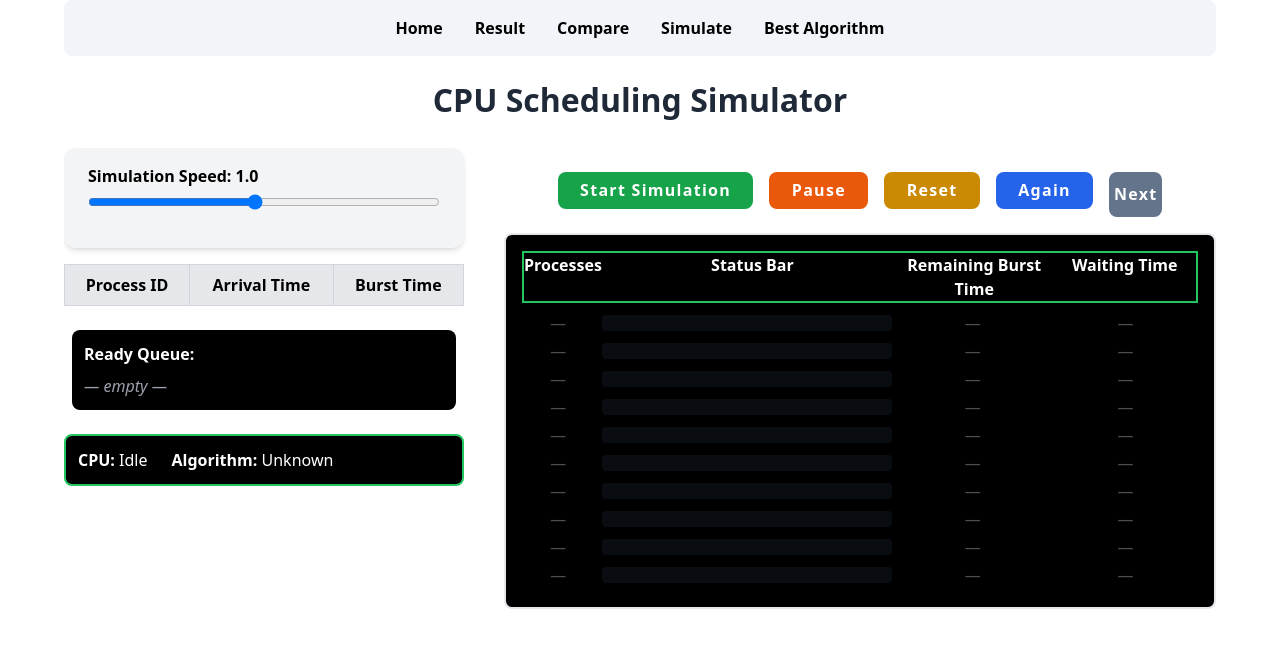
Repository: ujjwalkathait/Process_Scheduler
Page: /simulate
The author's editor kept a copy of each file at every save. The page is drawn from the files as they stood at one save, then again after the next save.
The browser window is 1280 px wide. The pictures show the whole page.
The project was rebuilt for these pictures with package versions that can differ from the ones it lists, and the page was loaded fresh each time. Also part of the build but not shown: vite.config.js, src/components/CompareAlgorithmsChart.jsx, src/components/GanttChart.jsx, src/components/GanttChartTable.jsx, src/components/ProcessData.jsx, src/components/ProcessTable.jsx, src/components/PerformanceMetrics.jsx, src/components/SelectAlgorithm.jsx and 14 more.

Above is the page before, as saved 2025-06-07 00:17:23.

After the next save:
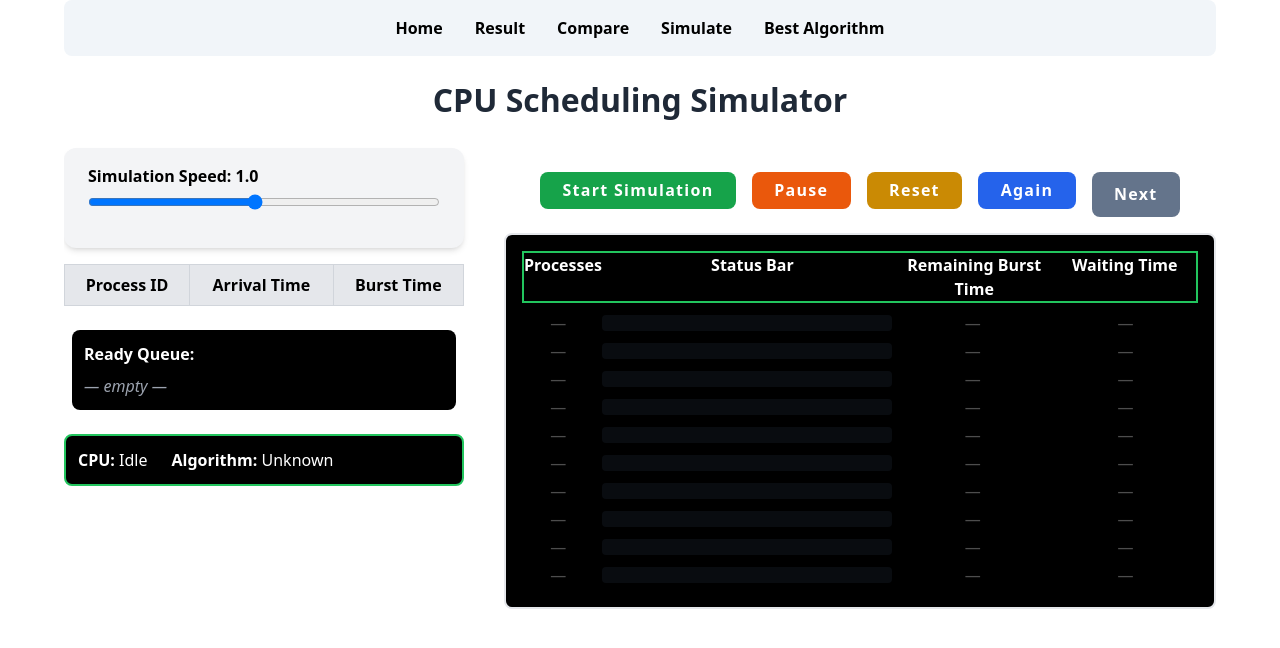
Saved 3 min 9 s later.
--- a/src/components/NavigationButtons.jsx
+++ b/src/components/NavigationButtons.jsx
@@ -55,7 +55,7 @@ const NavigationButtons = ({ onStart, onReset , onAgain}) => {
 
 
       <button
-        className={`reset bg-slate-500 hover:bg-slate-600  font-bold text-[0.9rem] text-center text-white p-[0.3rem] rounded-lg focus:outline-none`}
+        className={`reset bg-slate-500 hover:bg-slate-600  font-bold text-[0.9rem] text-center text-white px-[1.4rem] py-[0.4rem] rounded-lg focus:outline-none`}
         type="submit"
         onClick={e => {
             e.preventDefault();
